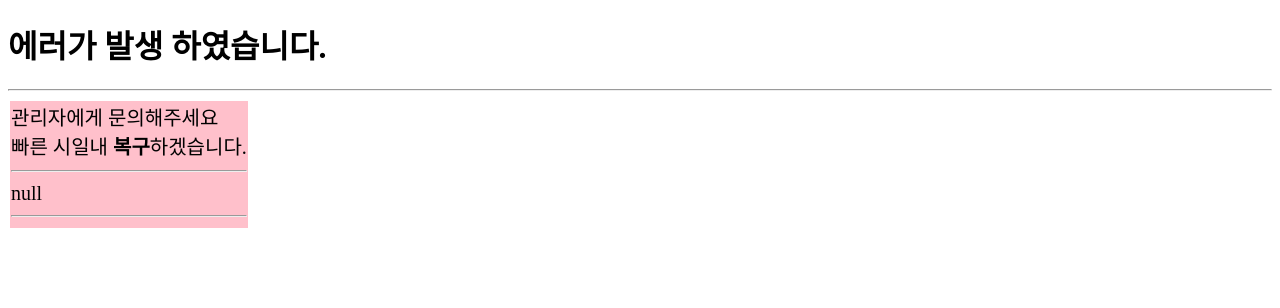
Repository: donggeonoh/My_Source
Page: http://localhost/WebProgramming/ch05/error.jsp
The author's editor kept a copy of each file at every save. The page is drawn from the files as they stood at one save, then again after the next save.
The browser window is 1280 px wide. The pictures show the whole page.
The page is served by Tomcat 9. Other server files are loaded and not shown.

Above is the page before, as saved 2016-10-06 09:52:53.

### Web Source/WebProgramming/WebContent/ch05/error.jsp
<%@ page language="java" contentType="text/html; charset=UTF-8"
    pageEncoding="UTF-8" isErrorPage = "true"%>
<!DOCTYPE html PUBLIC "-//W3C//DTD HTML 4.01 Transitional//EN" "http://www.w3.org/TR/html4/loose.dtd">
<html>
<head>
<meta http-equiv="Content-Type" content="text/html; charset=UTF-8">
<title>Error of Error_test.jsp</title>
</head>
<body>
	<h1>에러가 발생 하였습니다.</h1>
	<hr>
		<table style = "font-size : 20px">
			<tr bgcolor = "pink">
				<td>
				관리자에게 문의해주세요<br>
				빠른 시일내 <strong>복구</strong>하겠습니다.
				<hr>
				<%= exception%>
				<hr>
				</td>
			</tr>
		</table>
</body>
</html>

After the next save:
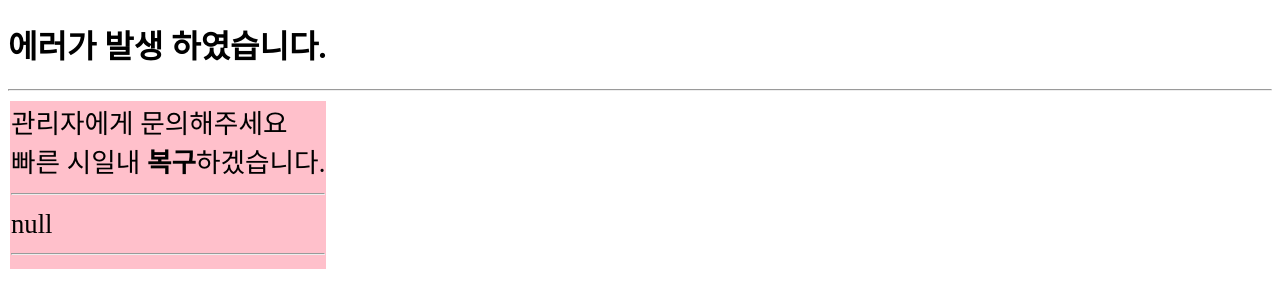
Saved 8 s later.
--- a/Web Source/WebProgramming/WebContent/ch05/error.jsp
+++ b/Web Source/WebProgramming/WebContent/ch05/error.jsp
@@ -9,7 +9,7 @@
 <body>
 	<h1>에러가 발생 하였습니다.</h1>
 	<hr>
-		<table style = "font-size : 20px">
+		<table style = "font-size : 20pt">
 			<tr bgcolor = "pink">
 				<td>
 				관리자에게 문의해주세요<br>
